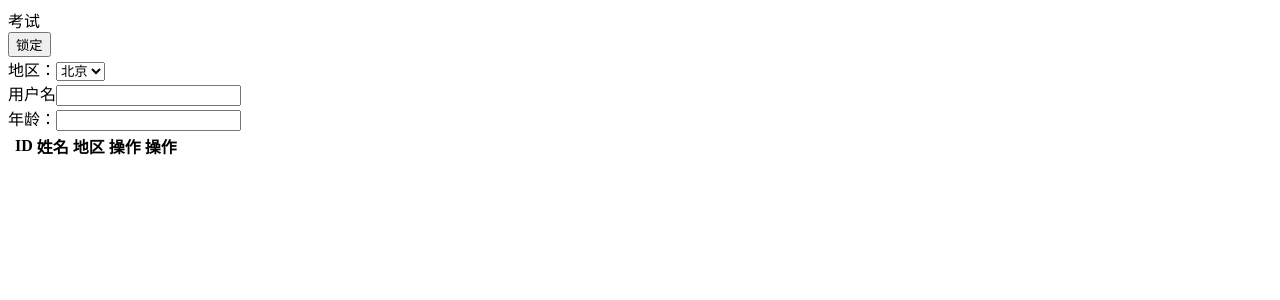
Repository: Sjl-2114/2006z
Page: / (app in A卷/vue-kaoshi/)
The author's editor kept a copy of each file at every save. The page is drawn from the files as they stood at one save, then again after a run of saves.
The browser window is 1280 px wide. The pictures show the whole page.
The project was rebuilt for these pictures with package versions that can differ from the ones it lists, and the page was loaded fresh each time.

Above is the page before, as saved 2021-04-28 15:54:17.

After the next 3 saves:
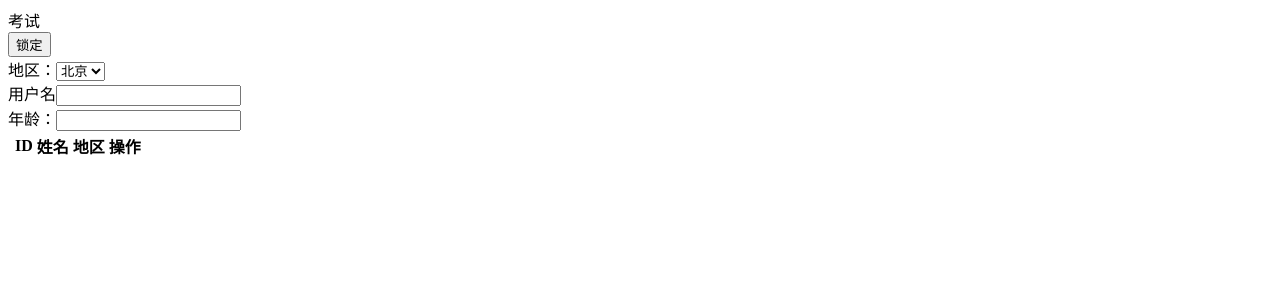
The 3 saves are shown as one change because they came seconds apart.
The last was saved 46 s later.
--- a/A卷/vue-kaoshi/src/App.vue
+++ b/A卷/vue-kaoshi/src/App.vue
@@ -23,9 +23,10 @@
             <th></th>
             <th>ID</th>
             <th>姓名</th>
+            <th</th>
             <th>地区</th>
             <th>操作</th>
-            <th>操作</th>
+
           </tr>
         </thead>
 
